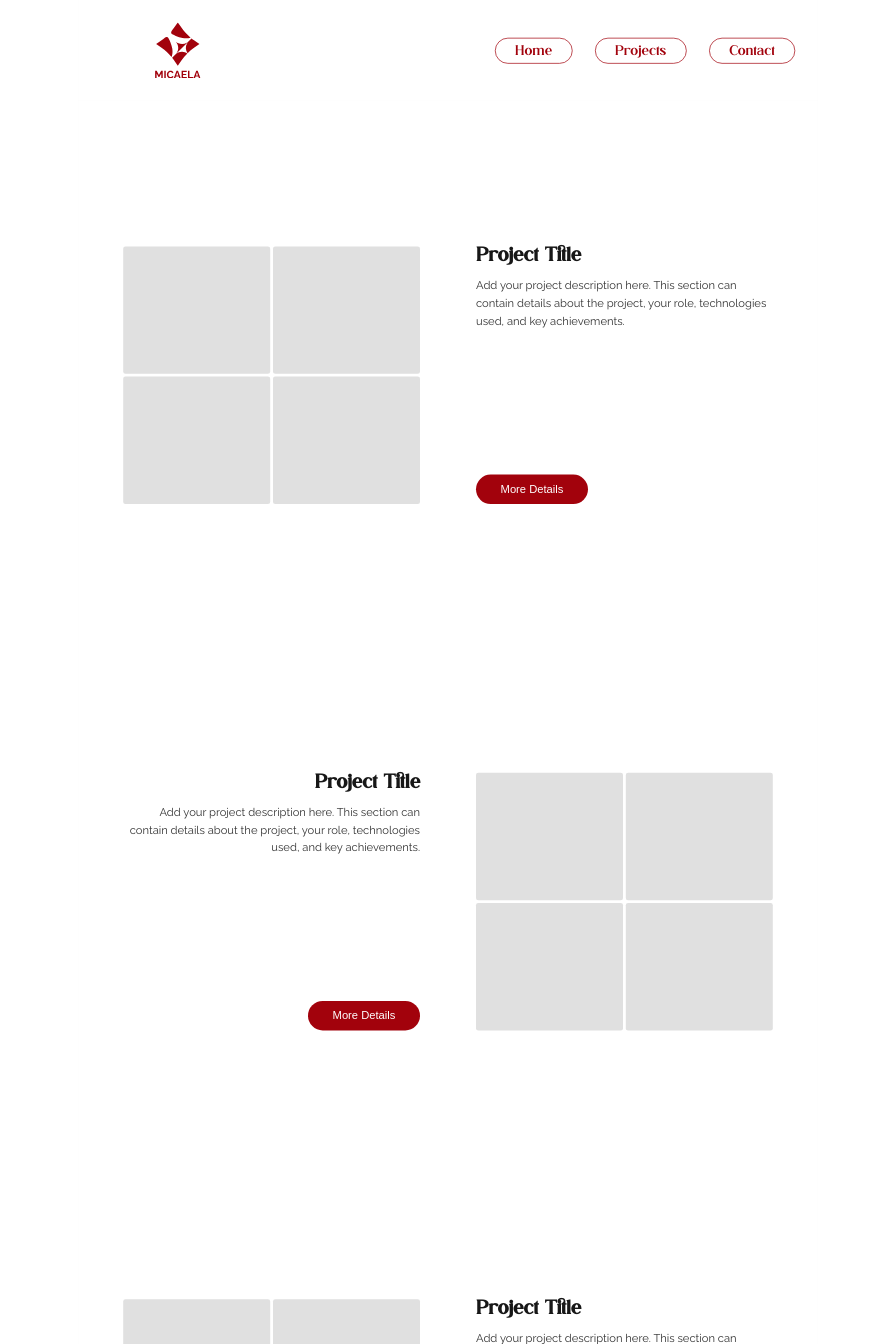
Repository: Micaelavalmores/Micaela-Portfolio
Page: /home-page
The author's editor kept a copy of each file at every save. The page is drawn from the files as they stood at one save, then again after a run of saves.
The browser window is 1280 px wide. The pictures show the part of the page from y = 0 to 1920 px (the page is 3184 px tall before and 3221 px after), at 70% of full size.
The project was rebuilt for these pictures with package versions that can differ from the ones it lists, and the page was loaded fresh each time. The framework's server and built-in components were replaced by stand-ins that run in the browser. Also part of the build but not shown: next.config.mjs.

Above is the page before, as saved 2026-01-27 12:12:01.

### app/layout.js

import { Geist } from "next/font/google";
import { Raleway } from "next/font/google";
import "./globals.css";

const geistSans = Geist({
  variable: "--font-geist-sans",
  subsets: ["latin"],
});

const raleway = Raleway({
  variable: "--font-raleway",
  subsets: ["latin"],
});



export const metadata = {
  title: "Micaela Valmores",
  description: "Generated by create next app",
  icons: {
    icon: "/logos/micaela-logo.svg",
  },
};

export default function RootLayout({ children }) {
  return (
    <html lang="en">
      <body className={`${raleway.variable}`}>
        {children}
      </body>
    </html>
  );
}

### app/home-page/page.js
import Link from 'next/link'
import styles from '../page.module.css'
import FtProj from '../components/FtProj'
import Navbar from '../components/Navbar'

export default function HomePage() {
  return (
    <main className={styles.page}>
      <nav className='Nav-bar'>
        </nav>
      <Navbar />
      <div className='intro-se'>

      </div>
      <div className={styles['Proj-sec']}>
        <FtProj reversed={false}/>
        <FtProj reversed={true} />
        <FtProj reversed={false}/>
        <FtProj reversed={true} />
      </div>
    </main>
  )
}

### app/globals.css
:root {
  --background: #ffffff;
  --foreground: #171717;
  --font-ghaista: 'Ghaista', var(--font-raleway);
}

@font-face {
  font-family: 'Ghaista';
  src: url('/fonts/Ghaitsa.ttf') format('truetype');
  font-weight: 400;
  font-style: normal;
  font-display: swap;
}

@media (prefers-color-scheme: dark) {
  :root {
    --background: #0a0a0a;
    --foreground: #ffffff;
  }
}

html,
body {
  max-width: 100vw;
  overflow-x: hidden;
}

body {
  color: var(--foreground);
  background: var(--background);
  font-family: var(--font-raleway);
  -webkit-font-smoothing: antialiased;
  -moz-osx-font-smoothing: grayscale;
}

* {
  box-sizing: border-box;
  padding: 0;
  margin: 0;
}

a {
  color: inherit;
  text-decoration: none;
}

@media (prefers-color-scheme: dark) {
  html {
    color-scheme: dark;
  }
}

/* Horizontal page margins */
body {
  margin-left: 10rem;
  margin-right: 10rem;
}

/* Tablet: screens between iPhone and iPad */
@media (min-width: 430px) and (max-width: 1024px) {
  body {
    margin-left: 4rem;
    margin-right: 4rem;
  }
}

/* iPad Pro 13in — reduce margins to 7rem */
@media (min-width: 1024px) and (max-width: 1366px) {
  body {
    margin-left: 7rem;
    margin-right: 7rem;
  }
}

/* Mobile horizontal margins: any width smaller than 430px */
@media (max-width: 430px) {
  body {
    margin-left: 3rem;
    margin-right: 3rem;
  }
}

### app/page.module.css
.page {
  --background: #fafafa;
  --foreground: #fff;

  --text-primary: #000;
  --text-secondary: #666;

  --button-primary-hover: #383838;
  --button-secondary-hover: #f2f2f2;
  --button-secondary-border: #ebebeb;

  display: grid;
  grid-template-columns: 1fr;
  min-height: 100vh;
  font-family: var(--font-geist-sans);
  background-color: var(--background);
}

.Proj-sec {
  display: flex;
  flex-direction: column;
  align-items: center;
  gap: 2rem;
  padding: 2rem;
  background-color: #ffff;
}

.main {
  display: flex;
  min-height: 100vh;
  width: 100%;
  max-width: 800px;
  flex-direction: column;
  align-items: flex-start;
  justify-content: space-between;
  background-color: var(--foreground);
  padding: 120px 60px;
}

.intro {
  display: flex;
  flex-direction: column;
  align-items: flex-start;
  text-align: left;
  gap: 24px;
}

.intro h1 {
  max-width: 320px;
  font-size: 40px;
  font-weight: 600;
  line-height: 48px;
  letter-spacing: -2.4px;
  text-wrap: balance;
  color: var(--text-primary);
}

.intro p {
  max-width: 440px;
  font-size: 18px;
  line-height: 32px;
  text-wrap: balance;
  color: var(--text-secondary);
}

.intro a {
  font-weight: 500;
  color: var(--text-primary);
}

.ctas {
  display: flex;
  flex-direction: row;
  width: 100%;
  max-width: 440px;
  gap: 16px;
  font-size: 14px;
}

.ctas a {
  display: flex;
  justify-content: center;
  align-items: center;
  height: 40px;
  padding: 0 16px;
  border-radius: 128px;
  border: 1px solid transparent;
  transition: 0.2s;
  cursor: pointer;
  width: fit-content;
  font-weight: 500;
}

a.primary {
  background: var(--text-primary);
  color: var(--background);
  gap: 8px;
}

a.secondary {
  border-color: var(--button-secondary-border);
}

/* Enable hover only on non-touch devices */
@media (hover: hover) and (pointer: fine) {
  a.primary:hover {
    background: var(--button-primary-hover);
    border-color: transparent;
  }

  a.secondary:hover {
    background: var(--button-secondary-hover);
    border-color: transparent;
  }
}

@media (max-width: 600px) {
  .main {
    padding: 48px 24px;
  }

  .intro {
    gap: 16px;
  }

  .intro h1 {
    font-size: 32px;
    line-height: 40px;
    letter-spacing: -1.92px;
  }
}

@media (prefers-color-scheme: dark) {
  .logo {
    filter: invert();
  }

  .page {
    --background: #000;
    --foreground: #000;

    --text-primary: #ededed;
    --text-secondary: #999;

    --button-primary-hover: #ccc;
    --button-secondary-hover: #1a1a1a;
    --button-secondary-border: #1a1a1a;
  }
}

### app/components/FtProj.js
'use client';

import styles from './FtProj.module.css';

/*
  HOW TO USE:
  The FtProj component has two layout states controlled by the reversed prop:
  1. Default (reversed={false}): Images on left, text on right (left-justified)
  2. Reversed (reversed={true}): Text on left (right-justified), images on right

  Layout changes can only be controlled in the backend by passing the reversed prop.
  Users cannot change the layout.

  Usage examples:
  <FtProj /> - Standard layout
  <FtProj reversed={true} /> - Reversed layout
*/

export default function FtProj({ reversed = false }) {
  return (
    <div className={`${styles.container} ${reversed ? styles.reversed : ''}`}>
      {/* Left Column - Text (if reversed) / Images (if standard) */}
      {!reversed ? (
        // Standard: Images on left
        <div className={styles.imagesColumn}>
          <div className={styles.imagePlaceholder}></div>
          <div className={styles.imagePlaceholder}></div>
          <div className={styles.imagePlaceholder}></div>
          <div className={styles.imagePlaceholder}></div>
        </div>
      ) : (
        // Reversed: Text on left
        <div className={styles.textColumn}>
          <div className={styles.textContent}>
            <h2>Project Title</h2>
            <p>Add your project description here. This section can contain details about the project, your role, technologies used, and key achievements.</p>
          </div>
          <button className={styles.projectButton}>More Details</button>
        </div>
      )}

      {/* Right Column - Text (if standard) / Images (if reversed) */}
      {!reversed ? (
        // Standard: Text on right
        <div className={styles.textColumn}>
          <div className={styles.textContent}>
            <h2>Project Title</h2>
            <p>Add your project description here. This section can contain details about the project, your role, technologies used, and key achievements.</p>
          </div>
          <button className={styles.projectButton}>More Details</button>
        </div>
      ) : (
        // Reversed: Images on right
        <div className={styles.imagesColumn}>
          <div className={styles.imagePlaceholder}></div>
          <div className={styles.imagePlaceholder}></div>
          <div className={styles.imagePlaceholder}></div>
          <div className={styles.imagePlaceholder}></div>
        </div>
      )}
    </div>
  );
}

### app/components/Navbar.js
import Link from "next/link";
import Image from "next/image";
import styles from "./Navbar.module.css";

export default function Navbar() {
  return (
    <nav className={styles.navbar}>
      <Link href="/" className={styles.logoContainer}>
        <Image
          src="/logos/logo-name.svg"
          alt="Micaela Valmores"
          width={220}
          height={80}
          priority
        />
      </Link>

      <ul className={styles.navLinks}>
        <li>
          <Link href="/">Home</Link>
        </li>
        <li>
          <Link href="/projects-page">Projects</Link>
        </li>
        <li>
          <Link href="/contact">Contact</Link>
        </li>
      </ul>
    </nav>
  );
}

### app/components/FtProj.module.css
.container {
  width: 60rem;
  height: 25rem;
  display: grid;
  grid-template-columns: 1fr 1fr;
  gap: 5rem;
  padding: 1rem;
  margin: 10rem 0;
}

.container.reversed {
  grid-template-columns: 1fr 1fr;
}

.reversed .textContent {
  text-align: right;
}

.reversed .textColumn {
  text-align: right;
}

.reversed .projectButton {
  justify-self: end;
}

.imagesColumn {
  display: grid;
  grid-template-columns: 1fr 1fr;
  gap: 0.2rem;
}

.imagePlaceholder {
  width: 100%;
  height: 100%;
  background-color: #e0e0e0;
  border-radius: 0.2rem;
}

.textColumn {
  display: grid;
  grid-template-rows: 1fr auto;
  gap: 2rem;
}

.textContent {
  display: flex;
  flex-direction: column;
}

.textColumn h2 {
  margin: 0 0 1rem 0;
  font-size: 1.75rem;
  font-family: ghaista;
}

.textColumn p {
  margin: 0;
  line-height: 1.6;
  color: #333;
  font-size: 1rem;
}

.projectButton {
  align-self: start;
  width: 10rem;
  padding: 0.75rem 1.5rem;
  background-color: #A2020C;
  color: #fff;
  border: none;
  border-radius: 5rem;
  font-size: 1rem;
  cursor: pointer;
}

.projectButton:hover {
  background-color: #b62d36;
}

### app/components/Navbar.module.css
.navbar {
  display: flex;
  justify-content: space-between;
  width: 100%;
  align-items: center;
  padding: 2rem 2rem;
  background-color: #ffffff;
  position: sticky;
  top: 0;
  z-index: 1000;
}

.logoContainer {
  display: flex;
  align-items: center;
  transition: opacity 0.3s ease;
}

.logoContainer:hover {
  opacity: 0.8;
}

.navLinks {
  display: flex;
  gap: 2rem;
  list-style: none;
  margin: 0;
  padding: 0;
  align-items: center;
}

.navLinks li {
  margin: 0;
}

.navLinks a {
  text-decoration: none;
  color: #A2020C;
  font-size: 1.25rem;
  font-weight: 500;
  transition: color 0.3s ease;
  position: relative;
  border: solid 1px #A2020C;
  border-radius: 3rem;
  padding: 0.50rem 1.75rem;
  font-family: ghaista;
}

.navLinks a:hover {
  color: #0070f3;
}



.navLinks a:hover::after {
  width: 100%;
}

/* Responsive design */
/* @media (max-width: 768px) {
  .navbar {
    padding: 1rem 1.5rem;
  }

  .navLinks {
    gap: 1.5rem;
  }

  .navLinks a {
    font-size: 0.9rem;
  }
} */

/* @media (max-width: 480px) {
  .navbar {
    padding: 0.75rem 1rem;
  }

  .navLinks {
    gap: 1rem;
  }

  .navLinks a {
    font-size: 0.85rem;
  }
} */

After the next 2 saves:
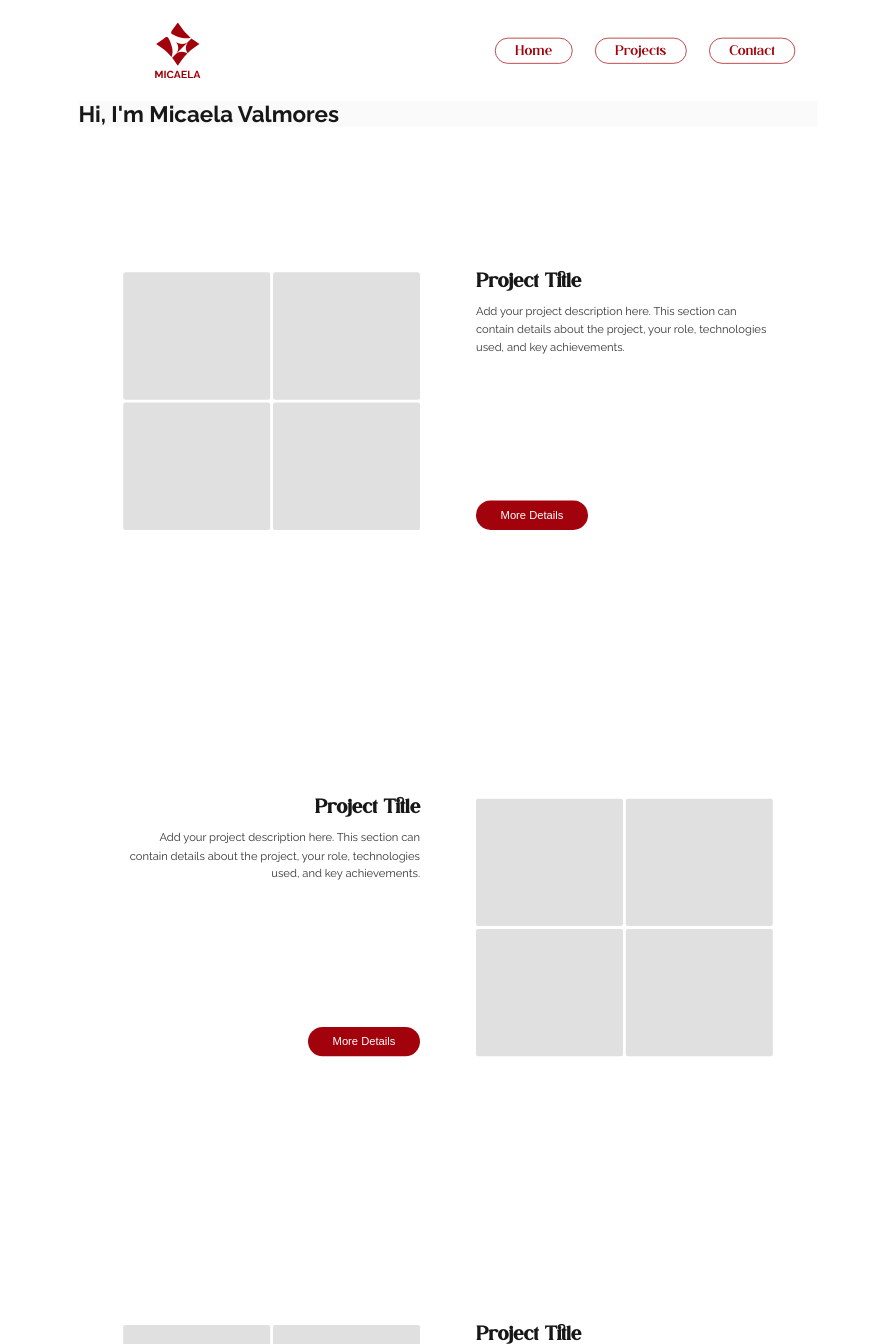
The 2 saves are shown as one change because they came seconds apart.
The last was saved 13 s later.
--- a/app/home-page/page.js
+++ b/app/home-page/page.js
@@ -10,7 +10,7 @@ export default function HomePage() {
         </nav>
       <Navbar />
       <div className='intro-se'>
-
+        <h1 className={styles['intro-heading']}>Hi, I'm Micaela Valmores</h1>
       </div>
       <div className={styles['Proj-sec']}>
         <FtProj reversed={false}/>
